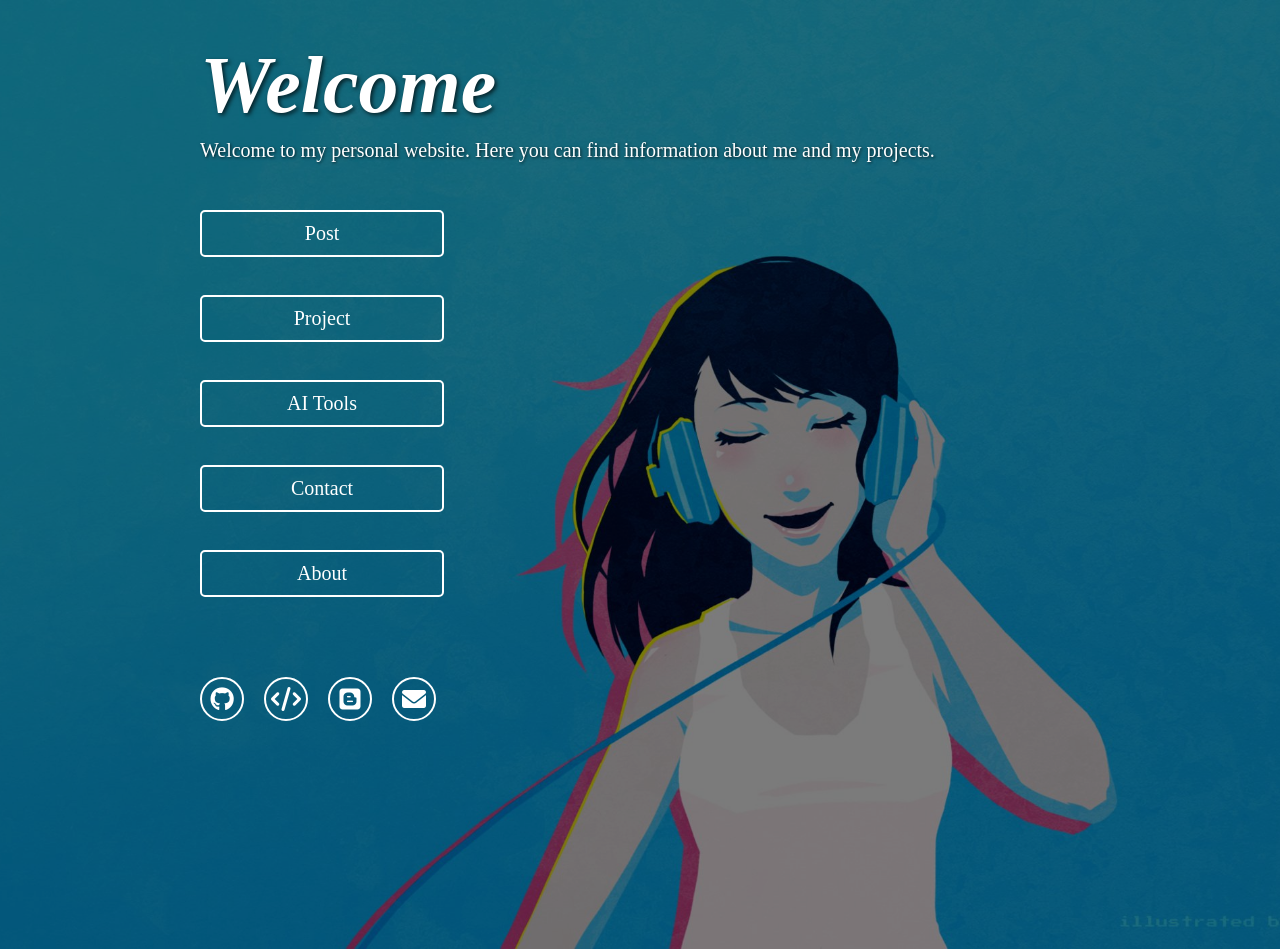
Repository: cydxf/cydxf.github.io
Page: index.html
An editor plug-in stored every save of this project. The page is shown before and after the next save, followed by the edit.
The browser window is 1280 px wide. The pictures show the whole page.

Above is the page before, as saved 2024-08-02 03:28:31.

After the next save:
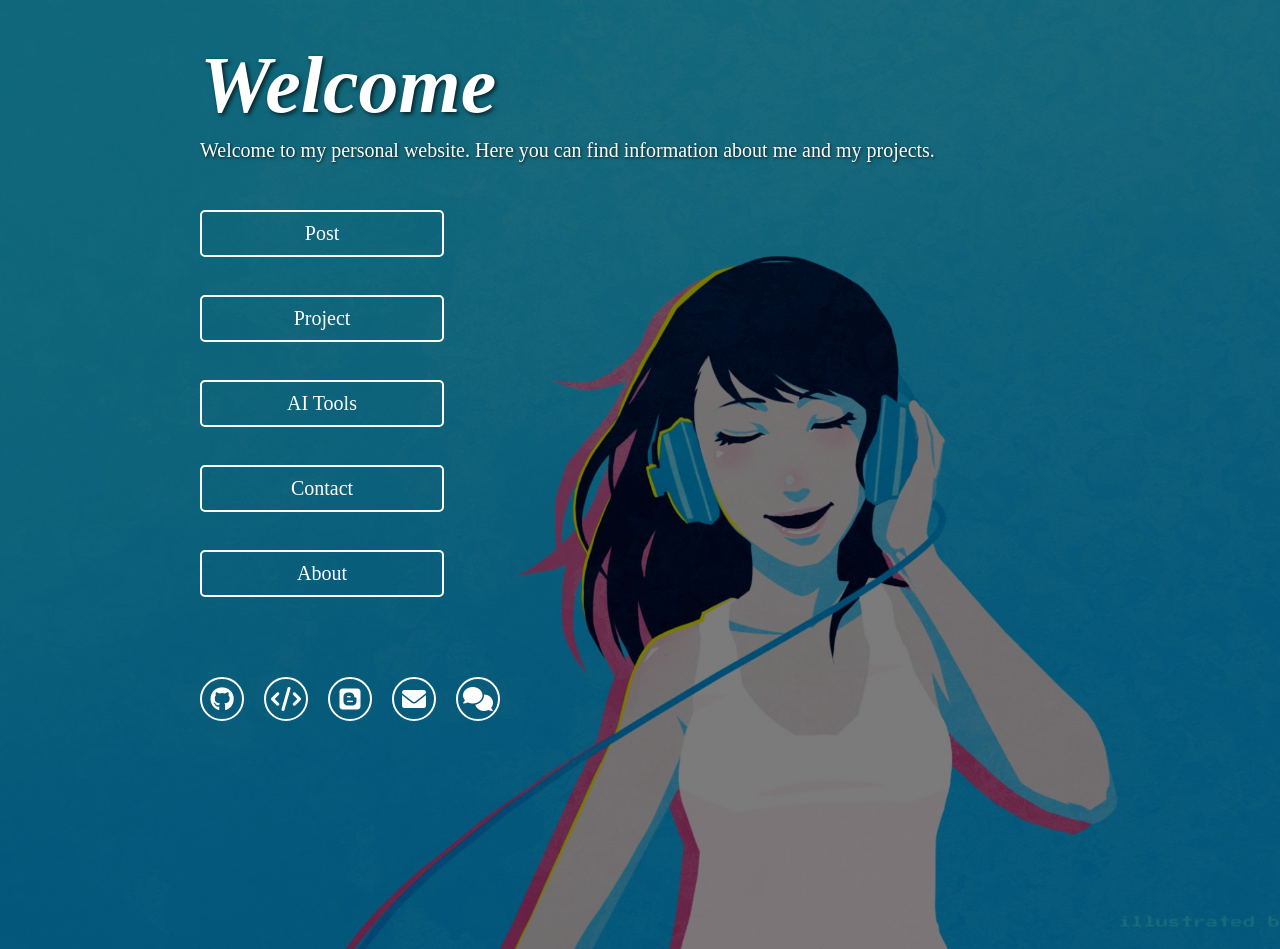
Saved 105 s later.
--- a/index.html
+++ b/index.html
@@ -25,6 +25,7 @@
                     <a href="https://www.luogu.com.cn" class="social-button" aria-label="Luogu"><i class="fas fa-code"></i></a>
                     <a href="https://www.csdn.net" class="social-button" aria-label="CSDN"><i class="fab fa-blogger"></i></a>
                     <a href="mailto:your-email@example.com" class="social-button" aria-label="Email"><i class="fas fa-envelope"></i></a>
+                    <a href="https://chat.openai.com" class="social-button" aria-label="ChatGPT"><i class="fas fa-comments"></i></a>
                 </div>
             </div>
         </section>
